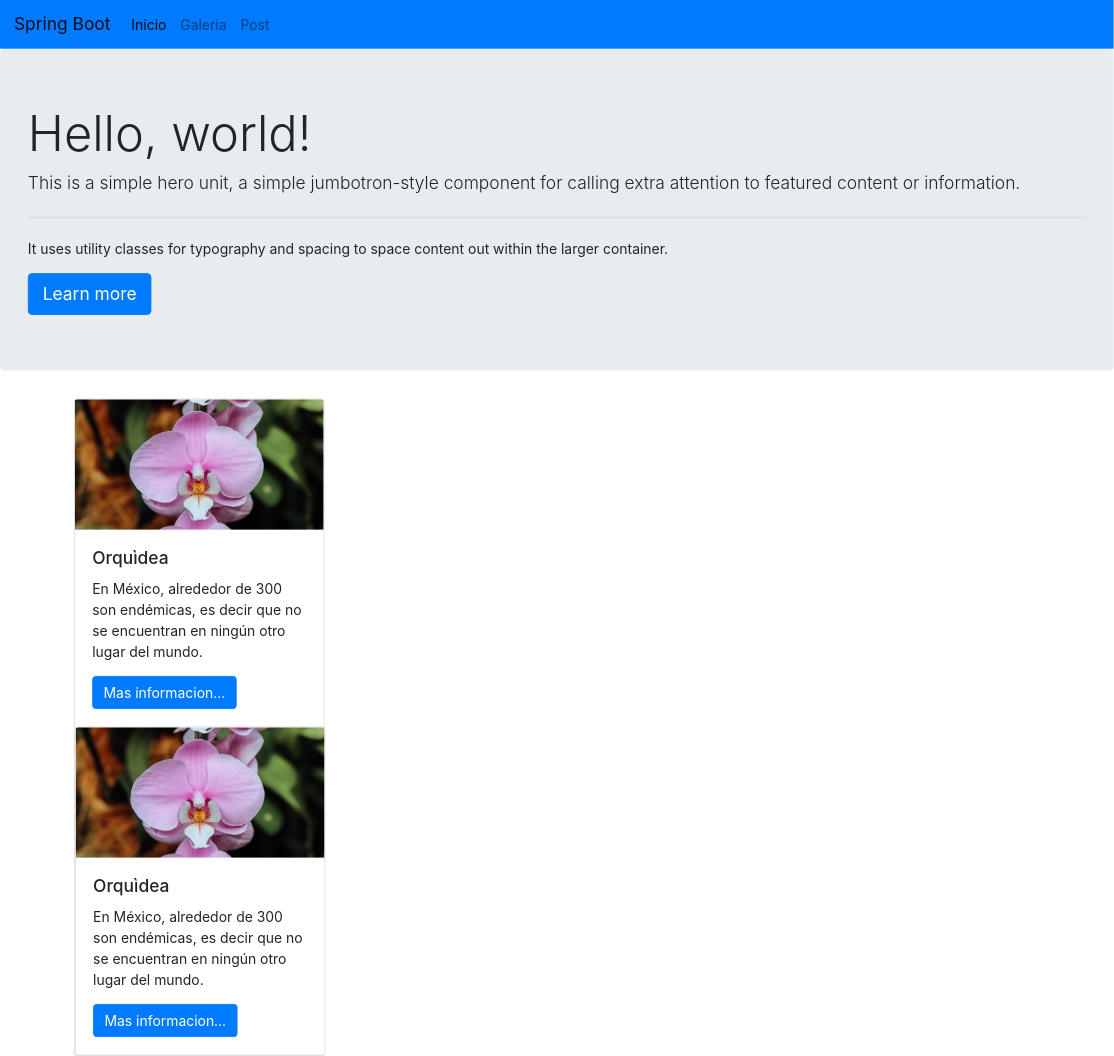
Repository: Nilda-hub/HTML
Page: http://localhost/index
The author's editor kept a copy of each file at every save. The page is drawn from the files as they stood at one save, then again after the next save.
The browser window is 1280 px wide. The pictures show the whole page, at 87% of full size.
The page is this project's Thymeleaf template; nobody is signed in. The template is opened directly, without the code that normally fills it, so the values that code supplies are empty.

Above is the page before, as saved 2021-10-22 04:50:04.

After the next save:
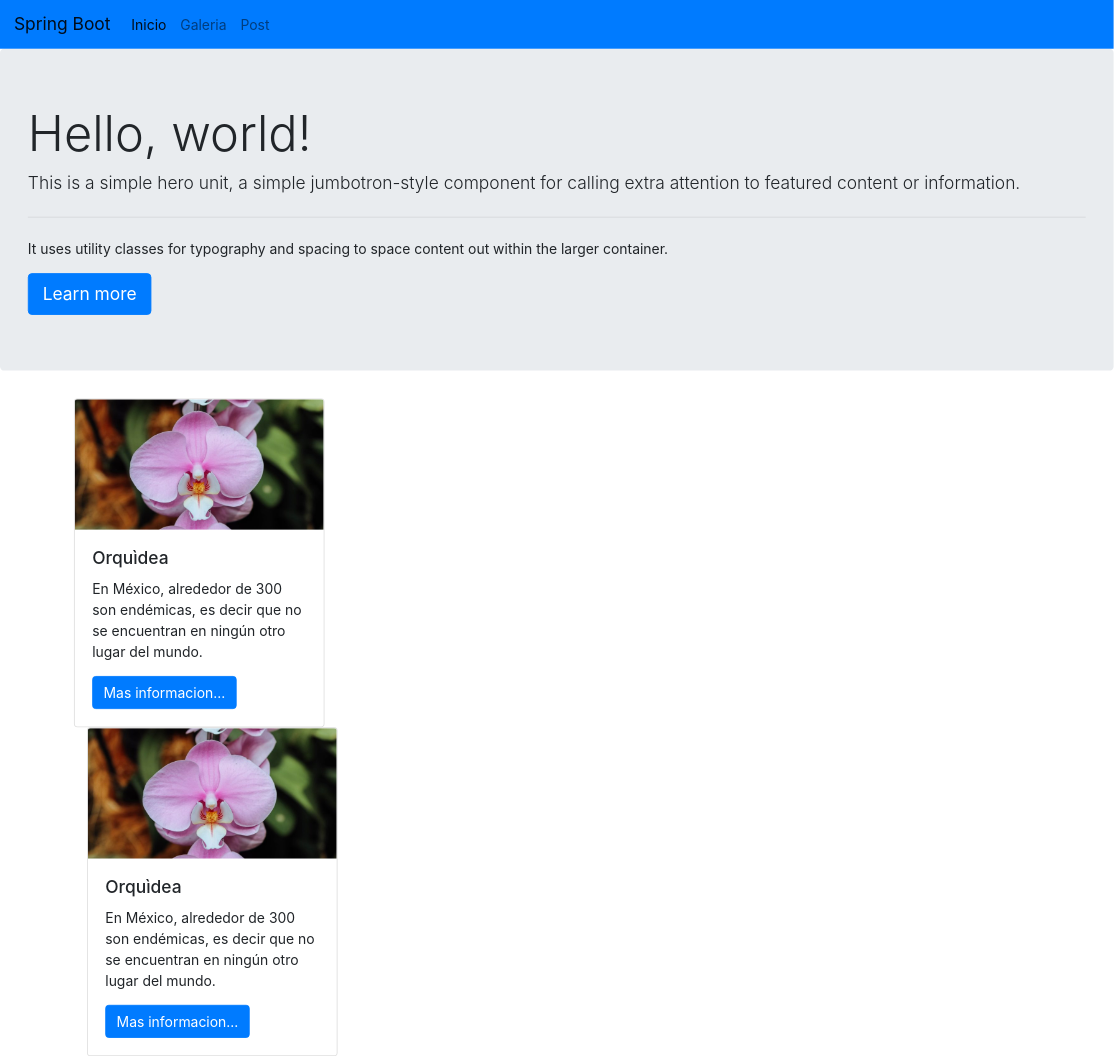
Saved 5 min 4 s later.
--- a/Springboot-Workspace/demo/src/main/resources/templates/index.html
+++ b/Springboot-Workspace/demo/src/main/resources/templates/index.html
@@ -51,6 +51,13 @@
           <p class="card-text">En México, alrededor de 300 son endémicas, es decir que no se encuentran en ningún otro lugar del mundo.</p>
           <a href="#" class="btn btn-primary">Mas informacion...</a>
           </div>
+     </div>
+    </div>
+    </div>
+
+     <div class="container">
+    <div class="row">
+      <div class="col-3">
       <!--Cards-->
           <div class="card" style="width: 18rem;">
           <img th:src="@{/img/post.jpg}" src="../static/post.jpg" class="card-img-top" alt="...">
